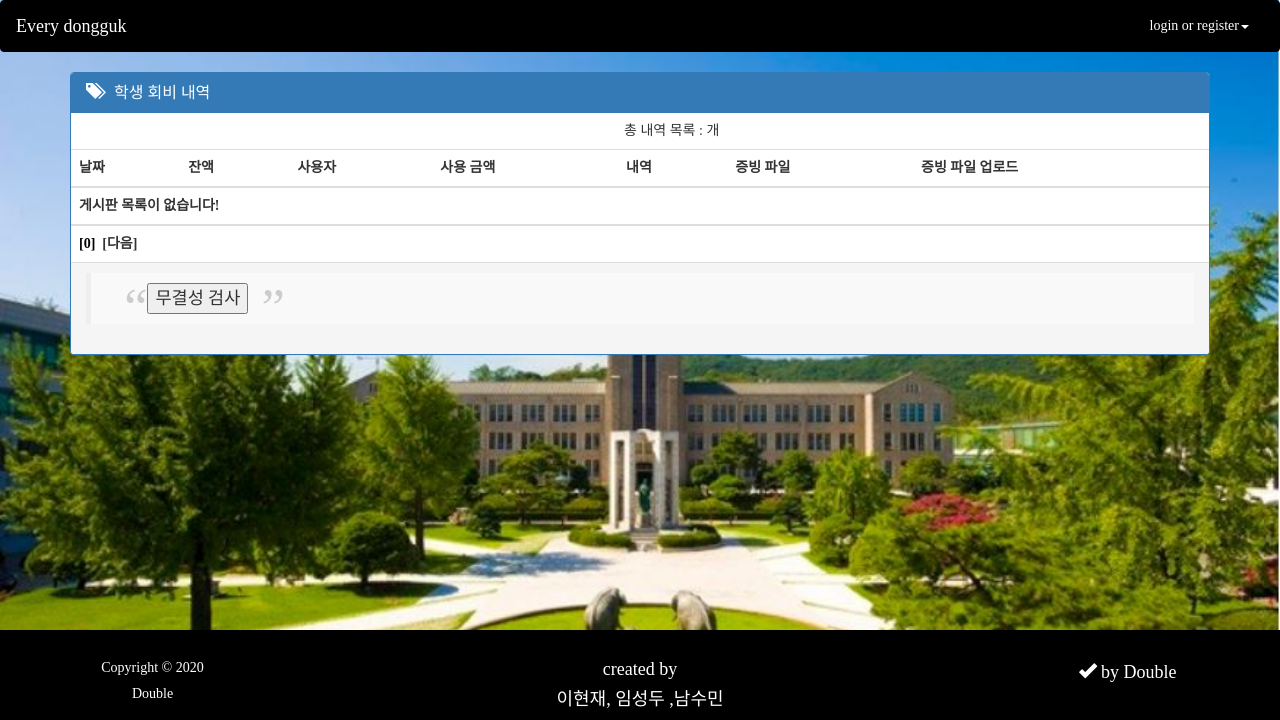
Repository: CSID-DGU/2020-1-ESCD-DOUBLE
Page: http://localhost/web/WEB-INF/views/bank/blistall.jsp
An editor plug-in stored every save of this project. The page is shown before and after a run of saves, followed by the edit.
The browser window is 1280 px wide. The pictures show the whole page.
Some web fonts or font styles are not loaded; a fallback is used. Some web libraries are served in a nearby version. The page is served by Tomcat 9. Nobody is signed in. Other server files are loaded and not shown. The template is opened directly, without the code that normally fills it, so the values that code supplies are empty.

Above is the page before, as saved 2020-05-27 07:38:33.

### web/src/main/webapp/WEB-INF/views/bank/blistall.jsp
<%@ page language="java" contentType="text/html; charset=EUC-KR"
    pageEncoding="EUC-KR"%>
    <%@ taglib prefix="c" uri="http://java.sun.com/jsp/jstl/core"%>
<!DOCTYPE html>
<html>
<head>
<link rel="stylesheet" href="resources/css/bootstrap.css">
<link rel="stylesheet" href="resources/css/customize.css">
<link rel="stylesheet" href="resources/css/template.css">
<script src="https://code.jquery.com/jquery-3.1.1.min.js"></script>
<script src="resources/js/bootstrap.js"></script>
<script>
$(function(){
	stickyFooter();

	$(window).scroll(stickyFooter).resize(stickyFooter);
});


function stickyFooter(){
	document_height = $(document).height(); // 문서 전체 높이
	document_scrollTop = $(document).scrollTop(); // 문서 전체 높이 중 스크롤 위치
	window_height = $(window).height(); // 창 높이
	footer_height = $("footer").height();

	gap = document_height - footer_height - window_height;
	bottom = document_scrollTop - gap ;

	if(document_scrollTop > gap){
		$("footer").css("bottom", bottom+"px");
	}else{
		$("footer").css("bottom","0");
	}
}
</script>

<meta charset="EUC-KR">
<title>Insert title here</title>
<style>

blockquote{
background:#f9f9f9;
border-left:10px solid #cccccc;
margin: 1.5em 10px;
padding: 0.5em 10px;
quotes: "\201C""\201D""\2018""\2019"
}
blockquote:before{
color:#cccccc;
content:open-quote;
font-size:3em;
line-height:0.1em;
margin-left:0.25em;
vertical-align:-0.4em;
}
blockquote:after{
color:#cccccc;
content:close-quote;
font-size:3em;
line-height:0.1em;
margin-left:0.25em;
vertical-align:-0.4em;
}


</style>
</head>

<body class="body">

<%@include file="../template/header.jsp"%>
<div class="container">
	<div class="row">
		<div class="col-xs-12">
		<div class="panel panel-primary">
		<div class="panel-heading">
			<h3 class="panel-title">
				<span class="glyphicon glyphicon-tags"></span>
				&nbsp;&nbsp;학생 회비 내역

			</h3>
		</div>

		<table class="table">
			<thead>
			  <tr>
  				<td colspan="5" align="right"> 총 내역 목록 : <b>${totalCount }</b>개
  			</tr>
			<tr>
			<th>날짜</th>	<th>잔액</th>	<th>사용자</th>	<th>사용 금액</th><th>내역</th><th>증빙 파일</th><th>증빙 파일 업로드</th>
			</tr>
			</thead>
			<tbody>
	  <c:if test="${!empty bl }">

   <c:forEach var= "list" items="${bl }">
   <form name="uploadForm" method="post" action="upload_ok" enctype="multipart/form-data">
   <tr>
    <th>${list.getBdate() }</th><input type="hidden" value="${list.getBdate()}" name="Bdate"/>
    <th>${list.getBrest() }</th><input type="hidden" value="${list.getBrest()}" name="Brest"/>
    <th>${list.getBuser() }</th><input type="hidden" value="${list.getBuser()}" name="Buser"/>
    <th>${list.getBinout() }</th><input type="hidden" value="${list.getBinout()}" name="Binout"/>
    <th>${list.getBmemo() }</th><input type="hidden" value="${list.getBmemo()}" name="Bmemo"/>
    <c:if test="${!empty list.getFname()}">
    <th><a href="/web/downloadFile?fname=${list.getFname() }  ">${list.getFname() }  </a></th>  </c:if>

    <c:if test="${empty list.getFname() }">
    <c:if test="${Siscouncil>'1' }">
    <th>
       <input type="file" name="imgFile"></th>
    <th><input type="submit" value="업로드"></th>
    </c:if></c:if>

  </tr>  </form>
  </c:forEach>
  </c:if>

    <c:if test="${empty bl }">
  <tr>   <th colspan="5">게시판 목록이 없습니다!</th></tr></c:if>
			</tbody>
	<center><tr>
   		<th colspan="5">
   			<c:if test="${page<=1 }">
   				[이전]&nbsp;
   			</c:if>
   			<c:if test="${page>1 }">
   				<a href="/web/blistall?page=${page-1 }">[이전]</a>&nbsp;
   			</c:if>

   			<%--현재쪽 번호 출력 --%>
   			<c:forEach var="a" begin="${startpage }" end="${endpage }" step="1">
   				<c:if test="${a==page }"><%--현재 쪽번호가 선택된 경우는 링크 없어도됨 --%>
   					 <${a }>
   				</c:if>
   				<c:if test="${a!=page}">
   					<a href="/web/blistall?page=${a }">[${a }]</a>&nbsp;

   				</c:if>
   			</c:forEach>
   			<c:if test="${page>=endpage }"><!-- maxpage =>endpage로바꾸면..? -->
   			[다음]
   			</c:if>
   			<c:if test="${page<endpage }">
   			<a href="/web/blistall?page=${page+1 }">[다음]</a>
   			</c:if>

   		</th>
   </tr></center>
		</table>
			<div class="panel-footer"><form action="blockchain" method="post">
					<blockquote><input type="submit" value="무결성 검사" name="verify"></blockquote>
					</form>
			</div>

		</div></div>
	</div>
</div>

<div class="footer">
<%@include file="../template/footer.jsp"%></div>
</body>
</html>

### web/src/main/webapp/WEB-INF/views/template/header.jsp
<%@ page language="java" contentType="text/html; charset=EUC-KR"
    pageEncoding="EUC-KR"%>
<!DOCTYPE html>
<html>
<head>
<meta charset="EUC-KR">
<title>Insert title here</title>
<link rel="stylesheet" href="resources/css/bootstrap.css">
<link rel="stylesheet" href="resources/css/customize.css">
</head>
<body>
<script src="https://code.jquery.com/jquery-3.1.1.min.js"></script>
<script src="resources/js/bootstrap.js"></script>
<%@taglib prefix= "c" uri= "http://java.sun.com/jsp/jstl/core" %>
<nav class="navbar navbar-default">
	<div class="container-fluid">

		<div class="navbar-header">
			<button type="button" class="navbar-toggle collapsed" data-toggle="collapse"
			data-target="#bs-example-navbar-collapse-1" aria-expanded="false"><!-- 크기를 줄였을때 나타나는 버튼 -->
				<span class="sr-only"></span>
				<span class="icon-bar"></span>
				<span class="icon-bar"></span>
				<span class="icon-bar"></span>
			</button>
			<a class="navbar-brand" href="index">Every dongguk</a>
		</div>

		<div class="collapse navbar-collapse" id="bs-example-navbar-collapse-1"><!-- 네비 중간 대부분을 차지함 -->

			<ul class="nav navbar-nav navbar-right">
				<li class="dropdown">
					<a href="#" class="dropdown-toggle" data-toggle="dropdown" role="button"
					aria-haspopup="true" aria-expanded="false"><c:if test="${empty Sid }">login or register</c:if><c:if test="${not empty Sid }">${Sid } 님 환영합니다.</c:if><span class="caret"></span></a>
					<ul class="dropdown-menu">

					<c:choose>
					<c:when test="${empty Sid }">
						<li><a href="login_form">로그인</a></li>
						<li><a href="register_form">회원가입</a></li>
					</c:when>
					<c:otherwise>
						<li><a href="logout">로그아웃</a></li>
						<li><a href="mypage">마이페이지(${Sid})</a></li>
						</c:otherwise>
						</c:choose>

					</ul>

				</li>
			</ul>

		</div>
	</div>
</nav>



</body>
</html>

### web/src/main/webapp/WEB-INF/views/template/footer.jsp
<%@ page language="java" contentType="text/html; charset=EUC-KR"
    pageEncoding="EUC-KR"%>
<!DOCTYPE html>
<html>
<head>
<meta charset="EUC-KR">
<title>Insert title here</title>
<link rel="stylesheet" href="resources/css/bootstrap.css">
<link rel="stylesheet" href="resources/css/customize.css">

</head>
<body>
<script src="https://code.jquery.com/jquery-3.1.1.min.js"></script>
<script src="resources/js/bootstrap.js"></script>

<style type="text/css">
#footul ,#footul2{
color:white;}
#footul:hover ,#footul2:hover{

background-color:black;


}
#footul:focus,#footul2:hover{
background-color:black;}

</style>

<footer style="background-color: #000000;color:#ffffff">
	<div class="container">
		<br>
		<div class="row">
			<div class="col-sm-2" style="text-align: center;"><h5>Copyright &copy; 2020</h5><h5>Double </h5></div>
			<div class="col-sm-8"><h4>created by<h4><p>이현재, 임성두 ,남수민</p></div>

			<div class="col-sm-2"><h4 style="text-align:center;"><span class="glyphicon glyphicon-ok"></span>&nbsp;by Double</h4></div>
	</div>


</div>
</footer>


</body>
</html>

### web/src/main/webapp/resources/css/customize.css
@import url(http://fonts.googleapis.com/earlyaccess/nanumgothic.css);
*{font-family:'Nanum Gothic';}
a{
	color:#000000;
	text-decoration:none;
}
a:hover{
	color:#bbbbbb;
	text-decoration:none;
	cursor:pointer;
}
.navbar-default{/*까만색!*/
	background-color:#000000;
	border-color:#000000;
}
.navbar-default .navbar-brand{
	color:#ffffff;/*하얀색!*/
}
.navbar-default .navbar-brand:hover,
.navbar-default .navbar-brand:focus{
	background-color:transparent;
	color:#bbbbbb;
}
.navbar-default .navbar-nav> .active>a,
.navbar-default .navbar-nav> .active>a:hover,
.navbar-default .navbar-nav> .active>a:focus{
	color:white;
	background-color:#000000;
}
.navbar-default .navbar-nav> li>a:hover,
.navbar-default .navbar-nav> li>a:focus{
	color:#bbbbbb;
}
.navbar-default .navbar-nav> .open>a,
.navbar-default .navbar-nav> .open>a:hover,
.navbar-default .navbar-nav> .open>a:focus{
	color:#000000;
	background-color:#ffffff;
	text-decoration:none;
}
.navbar-default .navbar-nav>li>a{
	color:white;
}
@media(max-width:767px){
	.navbar-default .navbar-nav .open .dropdown-menu>li>a{
	color:#ffffff;}
	.navbar-default .navbar-nav .open .dropdown-menu>li>a:hover,
	.navbar-default .navbar-nav .open .dropdown-menu>li>a:focus{
	color:#bbbbbb;}

}

### web/src/main/webapp/resources/css/template.css
@charset "UTF-8";

.footer {

position: absolute;
left: 0;
bottom: 0;
width: 100%;
text-align: center;
color: white;
}
.body {
		background-image : url('../images/dgu.JPG');
		background-repeat : no-repeat;
		background-size : cover;


}

Loaded but not shown: web/src/main/webapp/resources/css/bootstrap.css (library); web/src/main/webapp/resources/js/bootstrap.js (library)

After the next 2 saves:
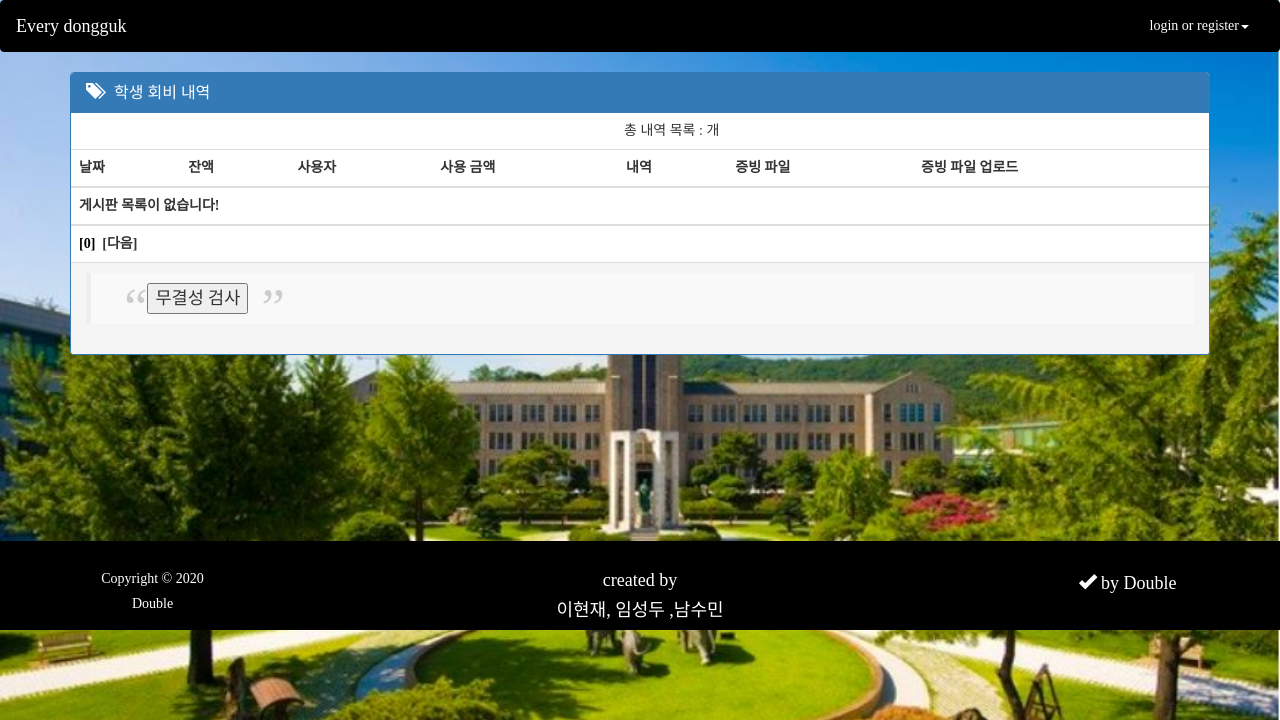
The 2 saves are shown as one change because they came seconds apart.
The last was saved 34 s later.
--- a/web/src/main/webapp/WEB-INF/views/bank/blistall.jsp
+++ b/web/src/main/webapp/WEB-INF/views/bank/blistall.jsp
@@ -21,15 +21,15 @@
 	document_height = $(document).height(); // 문서 전체 높이
 	document_scrollTop = $(document).scrollTop(); // 문서 전체 높이 중 스크롤 위치
 	window_height = $(window).height(); // 창 높이
-	footer_height = $("footer").height();
+	footer_height = $(".footer").height();
 
 	gap = document_height - footer_height - window_height;
 	bottom = document_scrollTop - gap ;
 
 	if(document_scrollTop > gap){
-		$("footer").css("bottom", bottom+"px");
+		$(".footer").css("bottom", bottom+"px");
 	}else{
-		$("footer").css("bottom","0");
+		$(".footer").css("bottom","0");
 	}
 }
 </script>

After the 2 saves that followed:
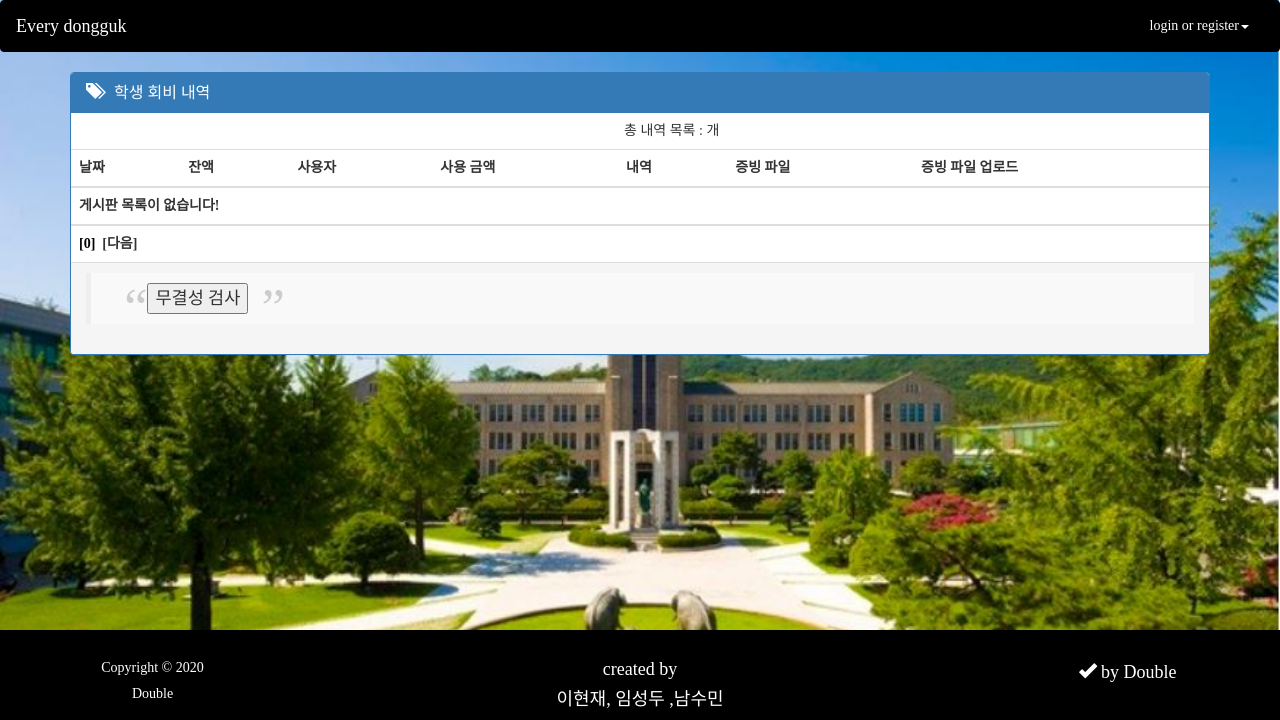
The 2 saves are shown as one change because 1 left the picture as it was.
The last was saved 2 min 41 s later.
--- a/web/src/main/webapp/WEB-INF/views/bank/blistall.jsp
+++ b/web/src/main/webapp/WEB-INF/views/bank/blistall.jsp
@@ -10,28 +10,7 @@
 <script src="https://code.jquery.com/jquery-3.1.1.min.js"></script>
 <script src="resources/js/bootstrap.js"></script>
 <script>
-$(function(){
-	stickyFooter();
 
-	$(window).scroll(stickyFooter).resize(stickyFooter);
-});
-
-
-function stickyFooter(){
-	document_height = $(document).height(); // 문서 전체 높이
-	document_scrollTop = $(document).scrollTop(); // 문서 전체 높이 중 스크롤 위치
-	window_height = $(window).height(); // 창 높이
-	footer_height = $(".footer").height();
-
-	gap = document_height - footer_height - window_height;
-	bottom = document_scrollTop - gap ;
-
-	if(document_scrollTop > gap){
-		$(".footer").css("bottom", bottom+"px");
-	}else{
-		$(".footer").css("bottom","0");
-	}
-}
 </script>
 
 <meta charset="EUC-KR">
